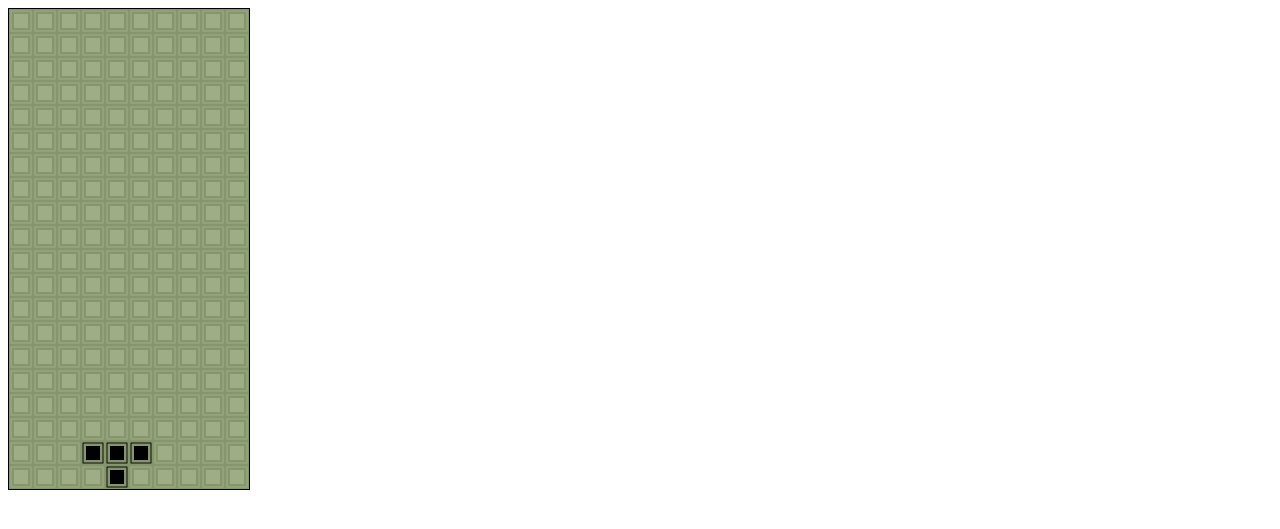
Repository: yzarc204/tetris-web
Page: index.html
These files come from the project's save history. The page is drawn as it stood at one moment and after a run of saves; the edit follows.
The browser window is 1280 px wide. The pictures show the whole page.

Above is the page before, as saved 2021-09-20 20:38:17.

After the next 6 saves:
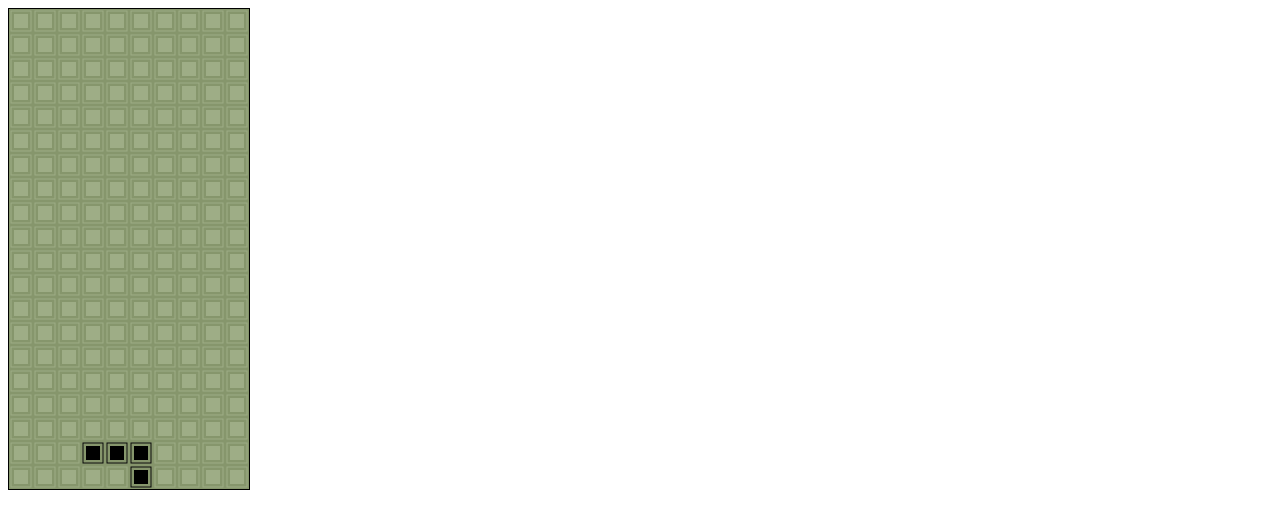
The 6 saves are shown as one change because they came seconds apart.
The last was saved 33 s later.
--- a/js/game.js
+++ b/js/game.js
@@ -22,7 +22,7 @@ class Tetris {
 
     startGame() {
         this.board = new Board(this);
-        this.brick = new Brick(this, 4, 3, 1);
+        this.brick = new Brick(this, 4, 3, 4);
         // this.pixel = new Pixel(this, 0, 4, PIXEL_COLOR);
         // this.pixel2 = new Pixel(this, 3, 4, PIXEL_COLOR);
     }
